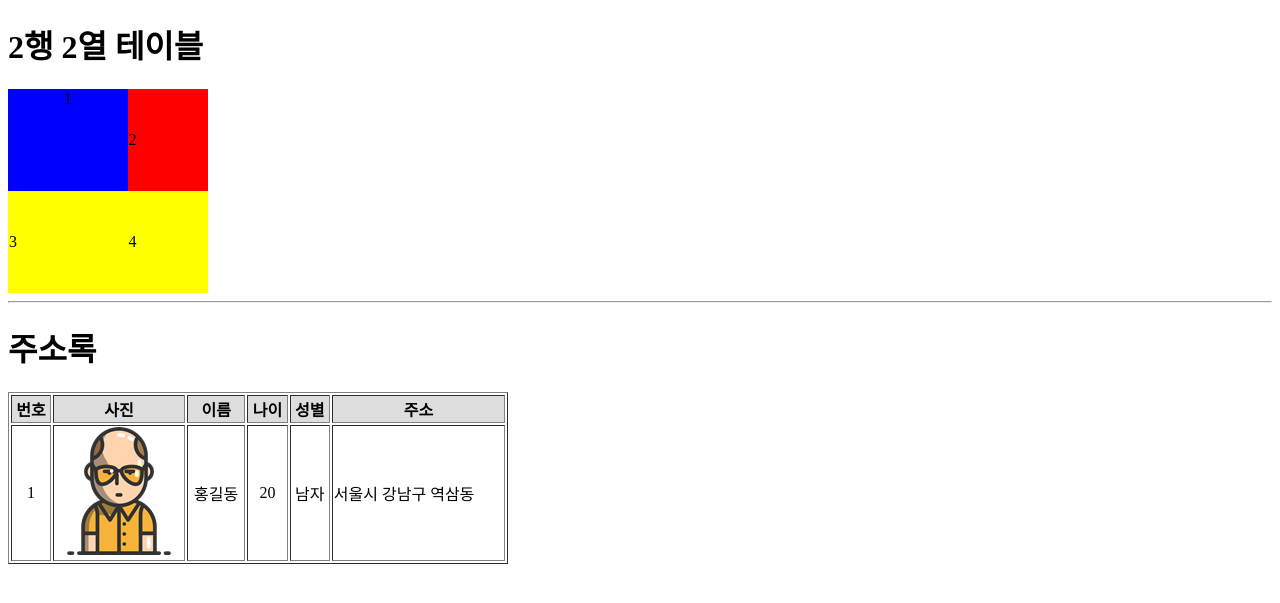
Repository: Chun0903/classStudy_github.io
Page: client/ClientTest/WebContent/ex13_table.html
The author's editor kept a copy of each file at every save. The page is drawn from the files as they stood at one save, then again after the next save.
The browser window is 1280 px wide. The pictures show the whole page.

Above is the page before, as saved 2020-06-19 07:42:55.

### client/ClientTest/WebContent/ex13_table.html
<!DOCTYPE html>
<html>
<head>
<meta charset="UTF-8">
<title>Insert title here</title>
</head>
<body>

	<!--

		<table>, 표
		- 표 만들 떄 사용
		- 레이아웃 만들 때 사용 -> 잘 안씀 -> <div> + CSS 사용

		1. <table>
			- 큰상자
			- 전체 컨테이너
		2. <tr>, table row
			- 중간 상자
			- 행 역할
		3. <td>, table data
			- 작은상자
			- 셀 역할
			- 테이블의 데이터는 <td>가 가진다.
		4. <th>, table header
			- 작은상자
			- 셀 역할
			- 헤더의 셀 역할(제목 역할)
	-->

	<h1>2행 2열 테이블</h1>

	<table border="0" width="200" height="200" bgcolor="yellow" cellspacing="0">
		<tr bgcolor="red">
			<td width="120" height="100" bgcolor ="blue" align="center" valign="top">1</td>
			<td width="80">2</td>
		</tr>
		<tr>
			<td height="100">3</td>
			<td>4</td>
		</tr>
	</table>

	<hr>

	<h1>주소록</h1>

	<table border="1" width="500">
		<!-- 테이블 헤더 -->
		<tr bgcolor="#ddd">
			<th width="50">번호</th>
			<th>사진</th>
			<th width="80">이름</th>
			<th width="50">나이</th>
			<th width="50">성별</th>
			<th width="270">주소</th>
		</tr>
		<tr>
			<td align="center">1</td>
			<td><img src="images/man_01.png"></td>
			<td align="center">홍길동</td>
			<td align="center">20</td>
			<td align="center">남자</td>
			<td>서울시 강남구 역삼동</td>
		</tr>
	</table>



</body>
</html>

After the next save:
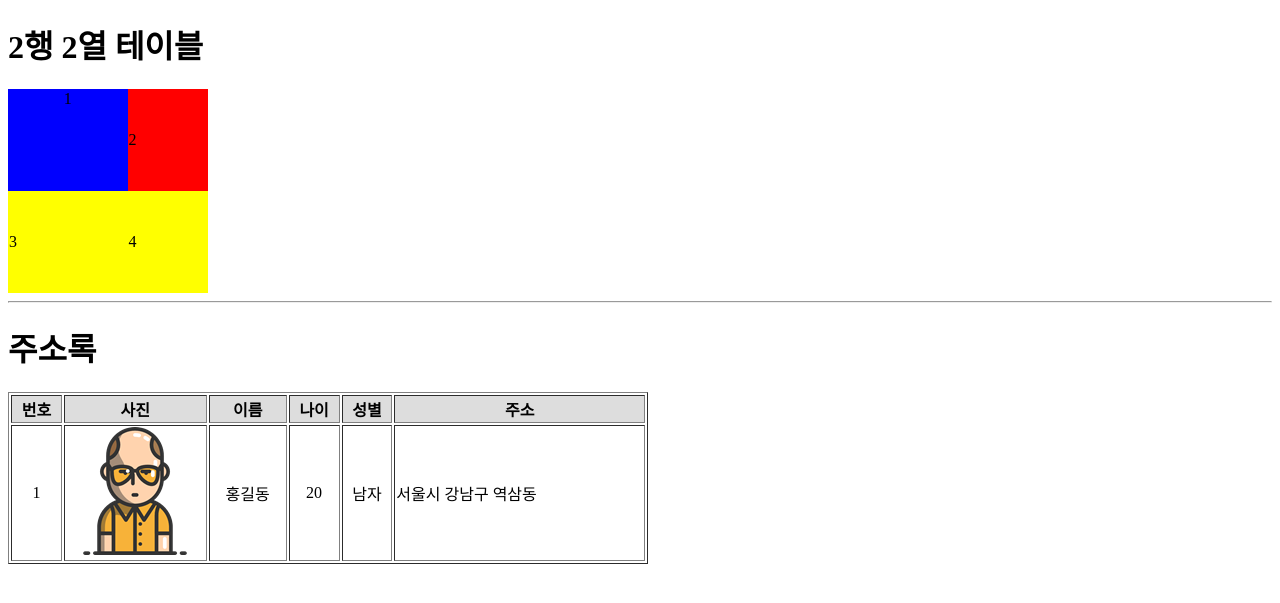
Saved 73 s later.
--- a/client/ClientTest/WebContent/ex13_table.html
+++ b/client/ClientTest/WebContent/ex13_table.html
@@ -45,11 +45,11 @@
 
 	<h1>주소록</h1>
 
-	<table border="1" width="500">
+	<table border="1" width="640">
 		<!-- 테이블 헤더 -->
 		<tr bgcolor="#ddd">
 			<th width="50">번호</th>
-			<th>사진</th>
+			<th width="140">사진</th>
 			<th width="80">이름</th>
 			<th width="50">나이</th>
 			<th width="50">성별</th>
@@ -57,7 +57,7 @@
 		</tr>
 		<tr>
 			<td align="center">1</td>
-			<td><img src="images/man_01.png"></td>
+			<td align="center"><img src="images/man_01.png"></td>
 			<td align="center">홍길동</td>
 			<td align="center">20</td>
 			<td align="center">남자</td>
